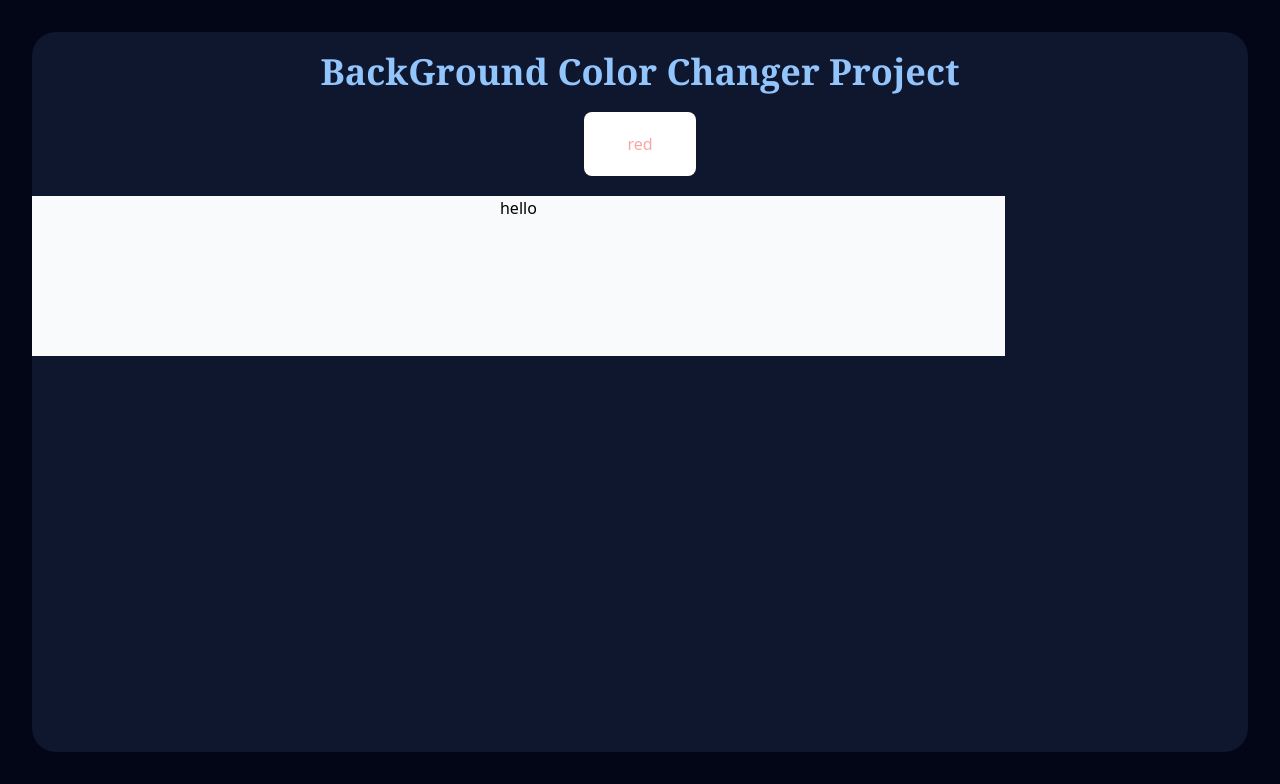
Repository: ChaitanyMishra/react-daily-work
Page: / (app in day-04-react/bg_color_changer/)
An editor plug-in stored every save of this project. The page is shown before and after the next save, followed by the edit.
The browser window is 1280 px wide. The pictures show the whole page.
The project was rebuilt for these pictures with package versions that can differ from the ones it lists, and the page was loaded fresh each time. Also part of the build but not shown: day-04-react/bg_color_changer/vite.config.js.

Above is the page before, as saved 2025-06-20 17:04:44.

After the next save:
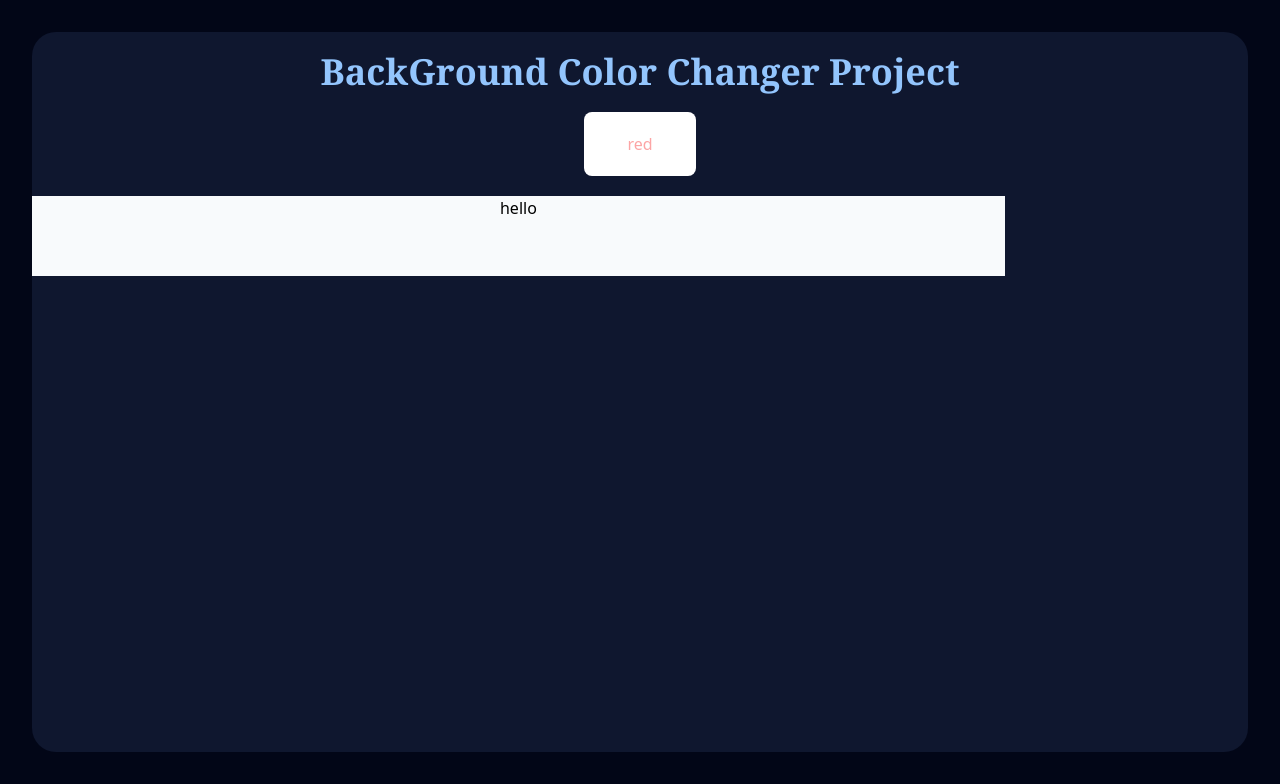
Saved 8 s later.
--- a/day-04-react/bg_color_changer/src/backGrounColorChanger/bgChange.jsx
+++ b/day-04-react/bg_color_changer/src/backGrounColorChanger/bgChange.jsx
@@ -1,6 +1,6 @@
 export default function ChangeBgColor(){
     return(
-        <div className=" h-[10rem] w-[80%] bg-slate-50 ">
+        <div className=" h-[5rem] w-[80%] bg-slate-50 ">
             hello
         </div>
 
